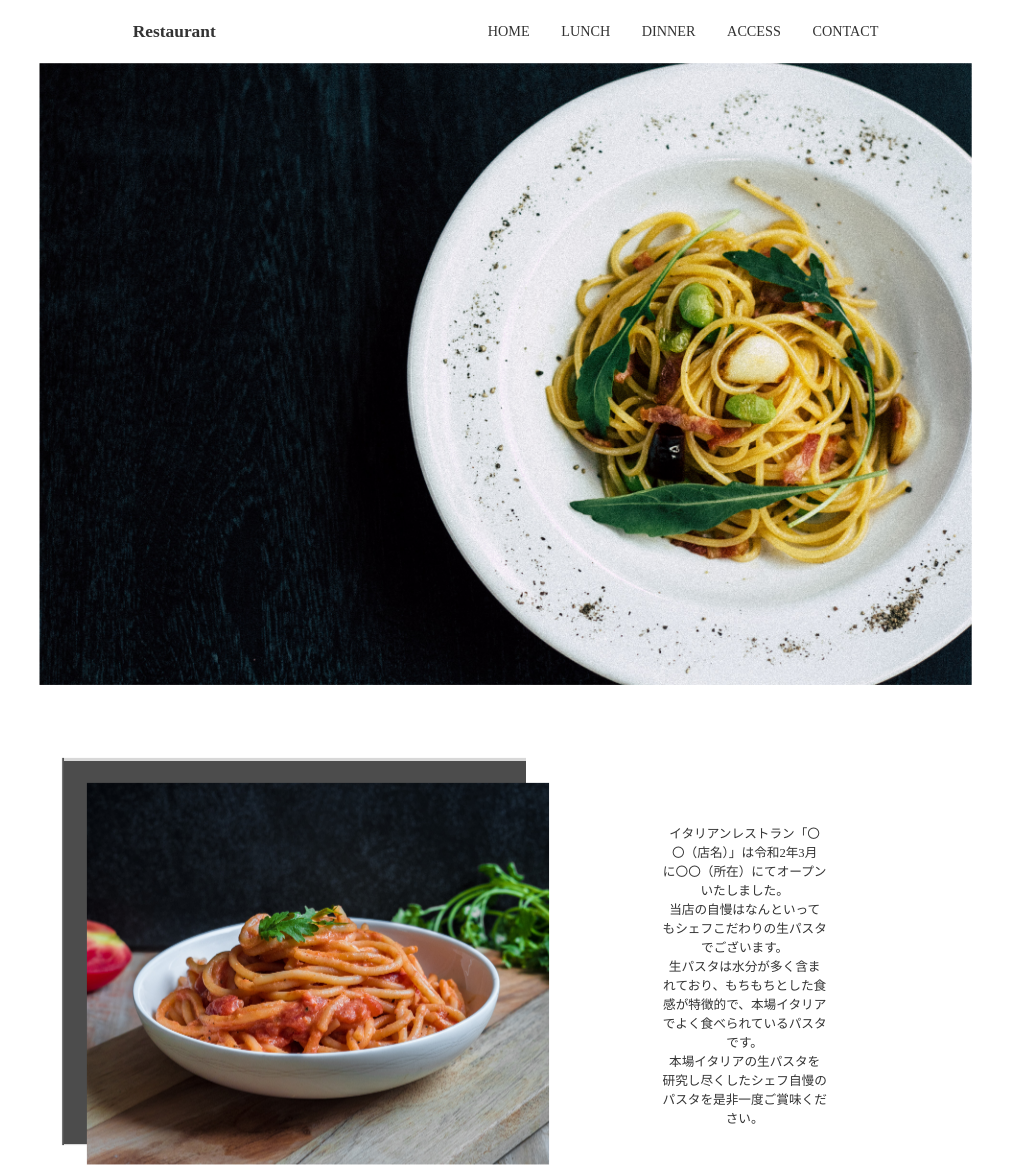
Repository: konatsu-0806/demo-site
Page: FromFigma/index.html
The author's editor kept a copy of each file at every save. The page is drawn from the files as they stood at one save, then again after a run of saves.
The browser window is 1280 px wide. The pictures show the whole page, at 79% of full size.

Above is the page before, as saved 2023-02-08 17:16:07.

After the next 7 saves:
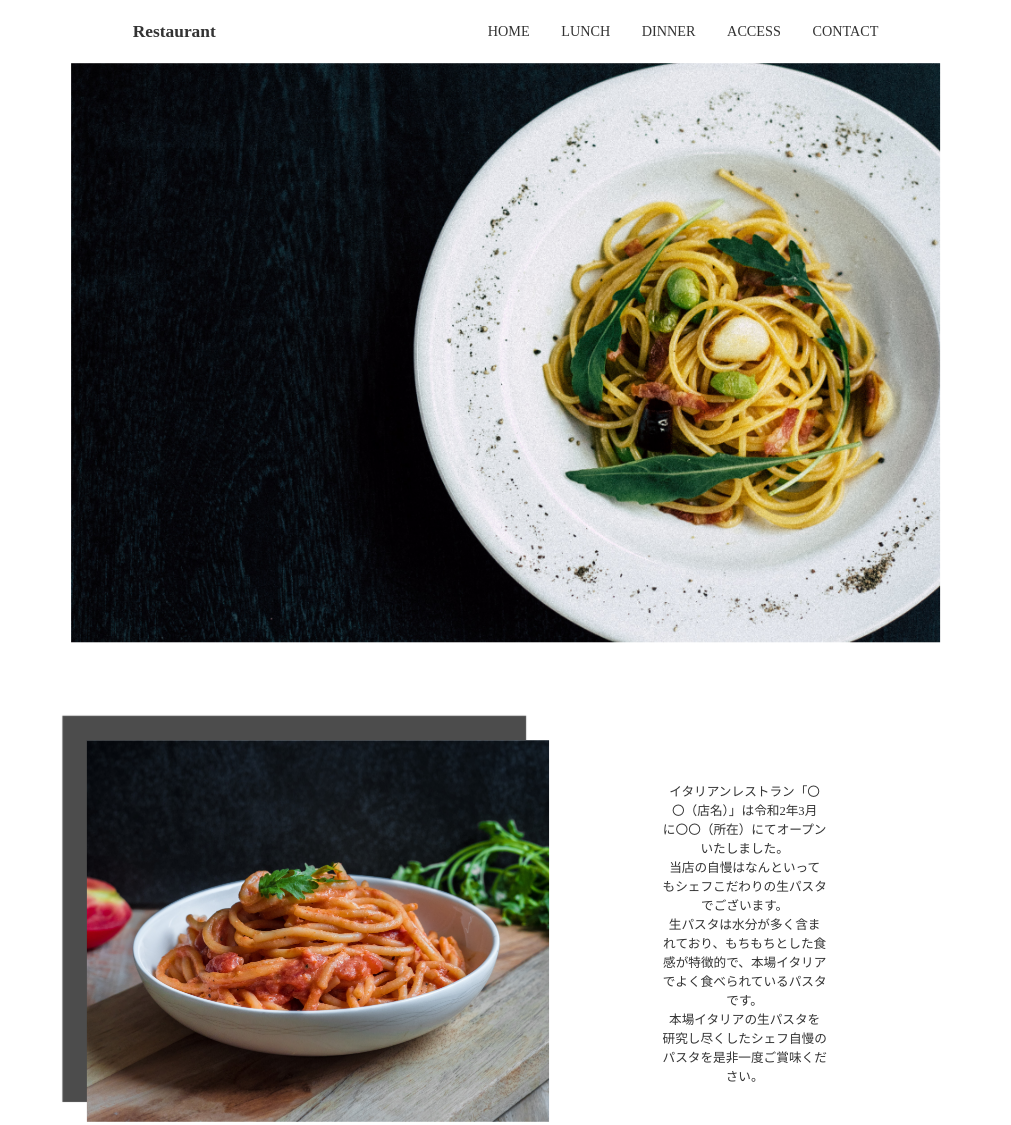
The 7 saves are shown as one change because they came seconds apart.
The last was saved 33 s later.
--- a/FromFigma/css/style.css
+++ b/FromFigma/css/style.css
@@ -112,6 +112,7 @@ img {
 .main_visual {
     padding: 0 50px;
     margin: auto;
+    max-width: 1200px;
 }
 
 /* contents */
